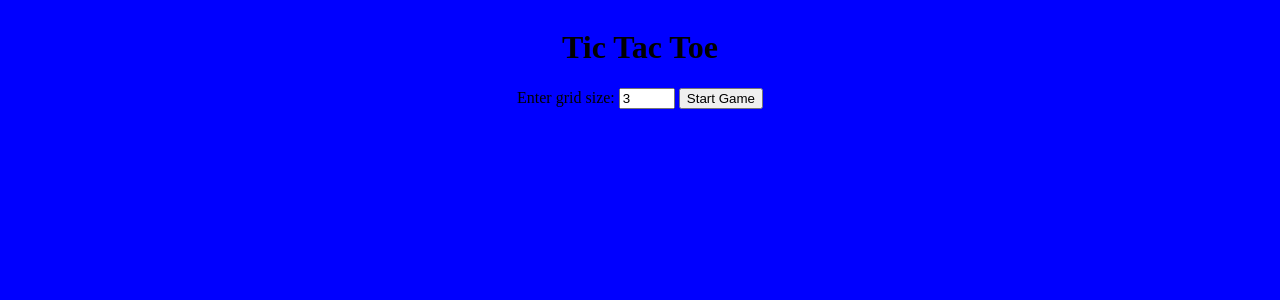
Repository: Shamraiz761/tik_tak_toe_game
Page: index.html
An editor plug-in stored every save of this project. The page is shown before and after the next save, followed by the edit.
The browser window is 1280 px wide. The pictures show the whole page.

Above is the page before, as saved 2024-01-09 11:47:55.

After the next save:
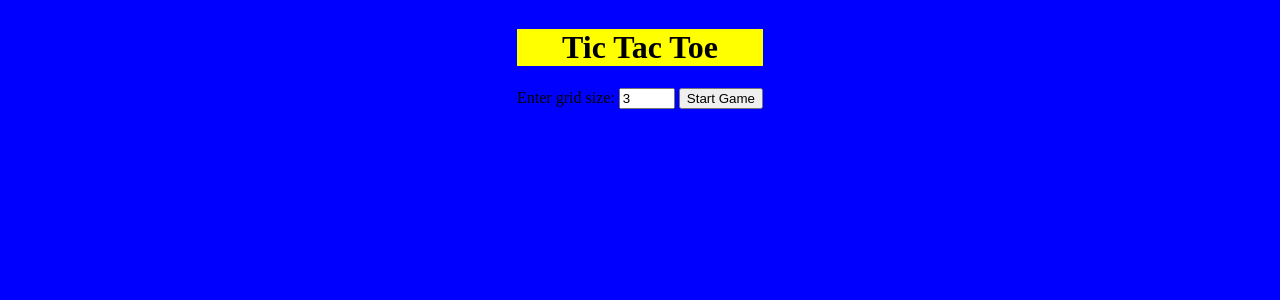
Saved 6 s later.
--- a/styles.css
+++ b/styles.css
@@ -7,7 +7,7 @@ body{
 }
 .header{
     text-align: center;
-    background-color: ;
+    background-color: yellow;
 }
 .cell {
     width: 50px;
